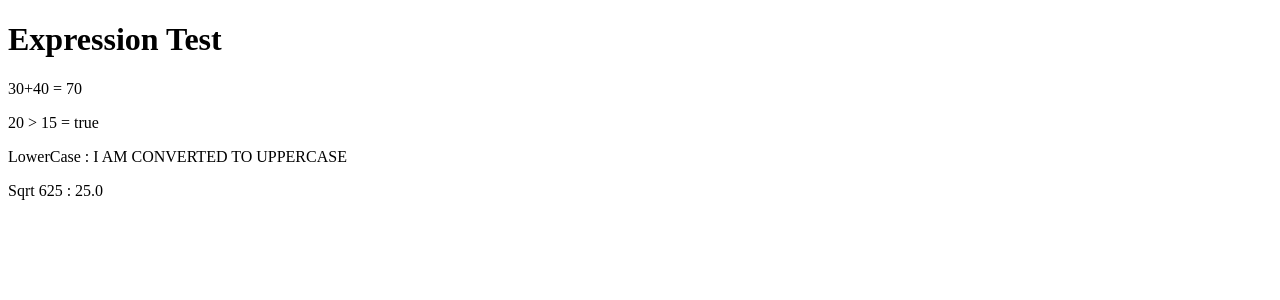
Repository: ZawMinKhantOrLeon/JavaEEWS
Page: http://localhost/jsp_servlet/expression.jsp
An editor plug-in stored every save of this project. The page is shown before and after the next save, followed by the edit.
The browser window is 1280 px wide. The pictures show the whole page.
The page is served by Tomcat 10.

Above is the page before, as saved 2024-02-14 09:20:32.

After the next save:
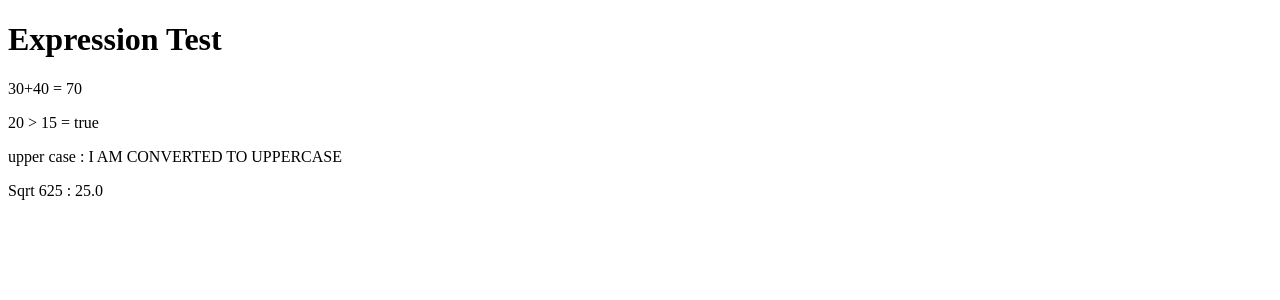
Saved 26 s later.
--- a/jsp_servlet/src/main/webapp/expression.jsp
+++ b/jsp_servlet/src/main/webapp/expression.jsp
@@ -10,7 +10,7 @@
 	<h1> Expression Test </h1>
     <p> 30+40 = <%= 30+40 %></p>
     <p> 20 > 15 = <%= 20 > 15 %> </p>
-    <p> LowerCase : <%= new String("I am converted to uppercase").toUpperCase() %> </p>
+    <p>  upper case : <%= new String("I am converted to uppercase").toUpperCase() %> </p>
     <p> Sqrt 625 : <%= Math.sqrt(625.0) %>
 </body>
 </html>
